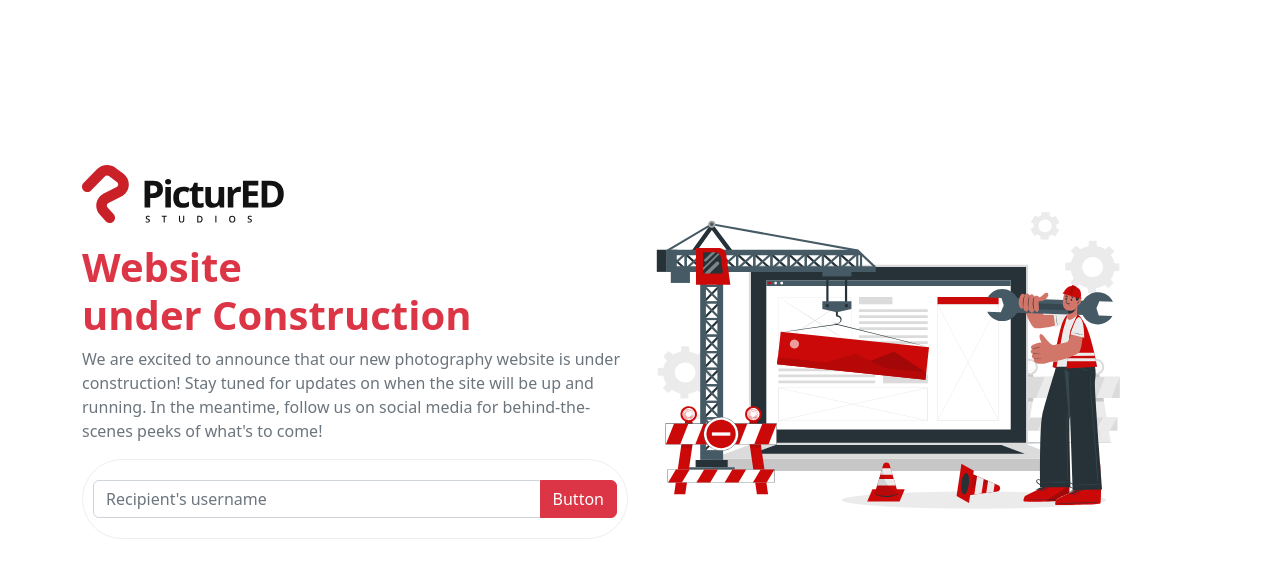
Repository: tHEO2k17/pictured
Page: /
The author's editor kept a copy of each file at every save. The page is drawn from the files as they stood at one save, then again after the next save.
The browser window is 1280 px wide. The pictures show the whole page.
The project was rebuilt for these pictures with package versions that can differ from the ones it lists, and the page was loaded fresh each time.

Above is the page before, as saved 2022-09-14 14:18:38.

After the next save:
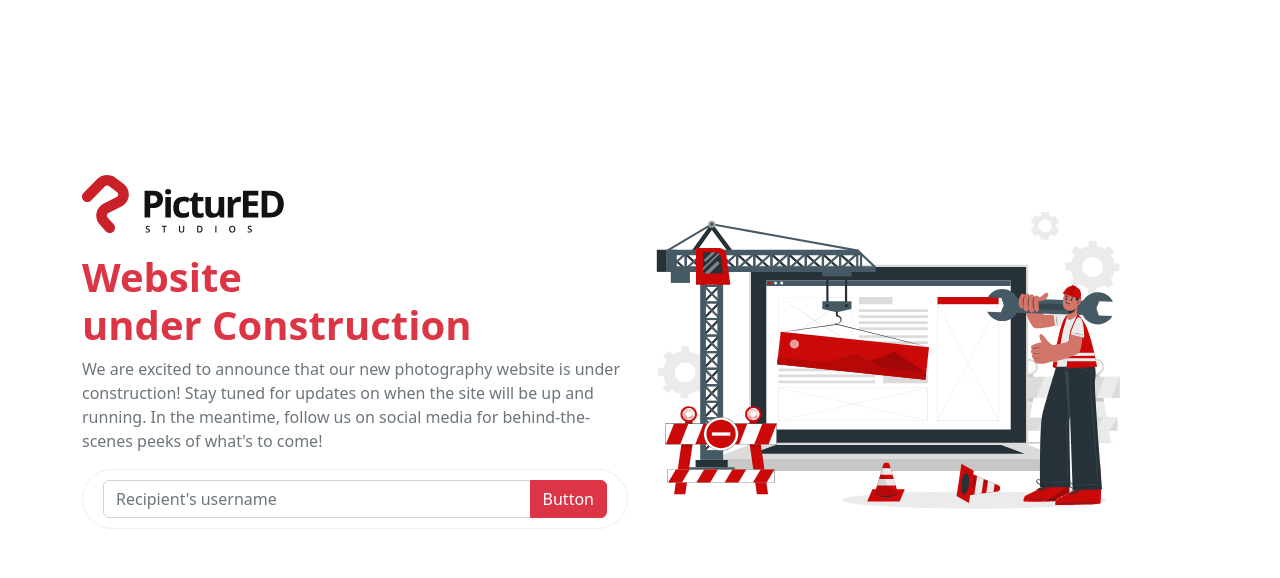
Saved 16 s later.
--- a/src/index.scss
+++ b/src/index.scss
@@ -3,5 +3,5 @@
 .input-group {
   border: 1px solid #eee;
   border-radius: 50px;
-  padding: 20px 10px 20px 10px;
+  padding: 10px 20px 10px 20px;
 }
